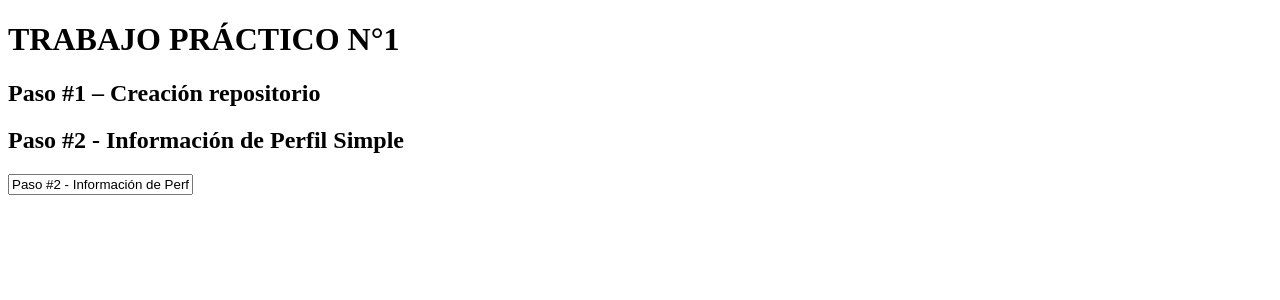
Repository: SofiaSferco/PWA
Page: practico01/index.html
An editor plug-in stored every save of this project. The page is shown before and after a run of saves, followed by the edit.
The browser window is 1280 px wide. The pictures show the whole page.

Above is the page before, as saved 2025-10-02 21:52:10.

### practico01/index.html
<!DOCTYPE html>
<html lang="en">
<head>
    <meta charset="UTF-8">
    <title>Trabajo Práctico 1</title>
    <script src="https://unpkg.com/vue@3/dist/vue.global.js"></script>
</head>
<body>
    <div id="app">
        <h1>TRABAJO PRÁCTICO N°1</h1>
        <h2>Paso #1 – Creación repositorio</h2>
        <h2>{{ title }}</h2>
        <input v-model="title" placeholder="Edit me">
    </div>
    <script>
        const { createApp } = Vue;
        createApp({
            data() {
                return {
                    title: 'Paso #2 - Información de Perfil Simple'
                }
            }
        }).mount('#app');
    </script>
</body>
</html>

After the next 2 saves:
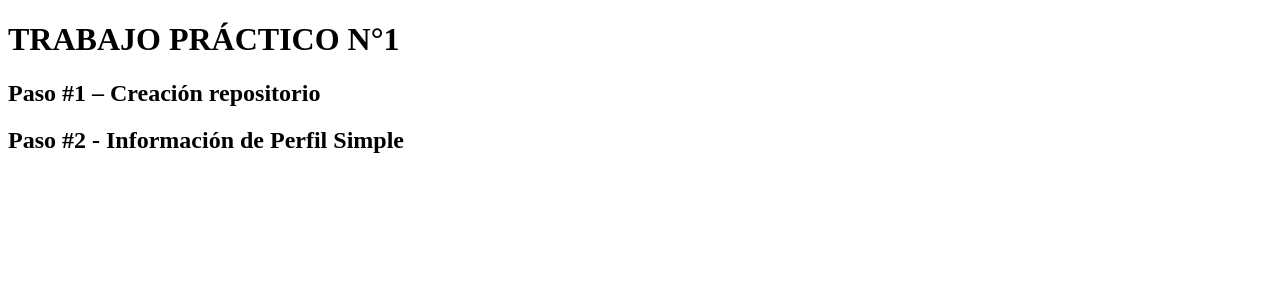
The 2 saves are shown as one change because they came seconds apart.
The last was saved 13 s later.
--- a/practico01/index.html
+++ b/practico01/index.html
@@ -10,7 +10,6 @@
         <h1>TRABAJO PRÁCTICO N°1</h1>
         <h2>Paso #1 – Creación repositorio</h2>
         <h2>{{ title }}</h2>
-        <input v-model="title" placeholder="Edit me">
     </div>
     <script>
         const { createApp } = Vue;
